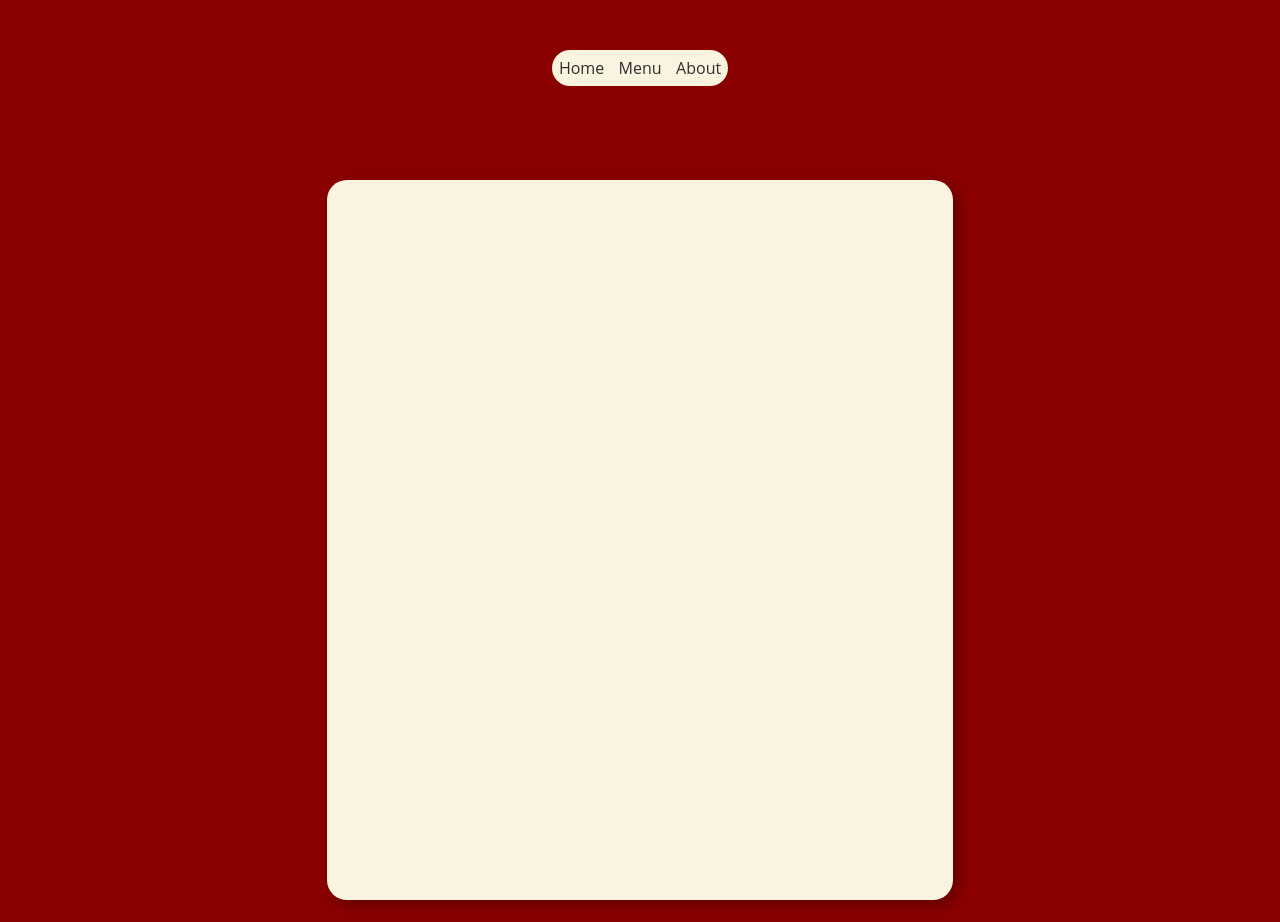
Repository: Dimitris2031/Restaurant-Front-page
Page: / (app in webpack-practice/)
An editor plug-in stored every save of this project. The page is shown before and after the next save, followed by the edit.
The browser window is 1280 px wide. The pictures show the whole page.
The project was rebuilt for these pictures with package versions that can differ from the ones it lists, and the page was loaded fresh each time. Also part of the build but not shown: webpack-practice/webpack.config.js.

Above is the page before, as saved 2025-09-10 10:45:11.

After the next save:
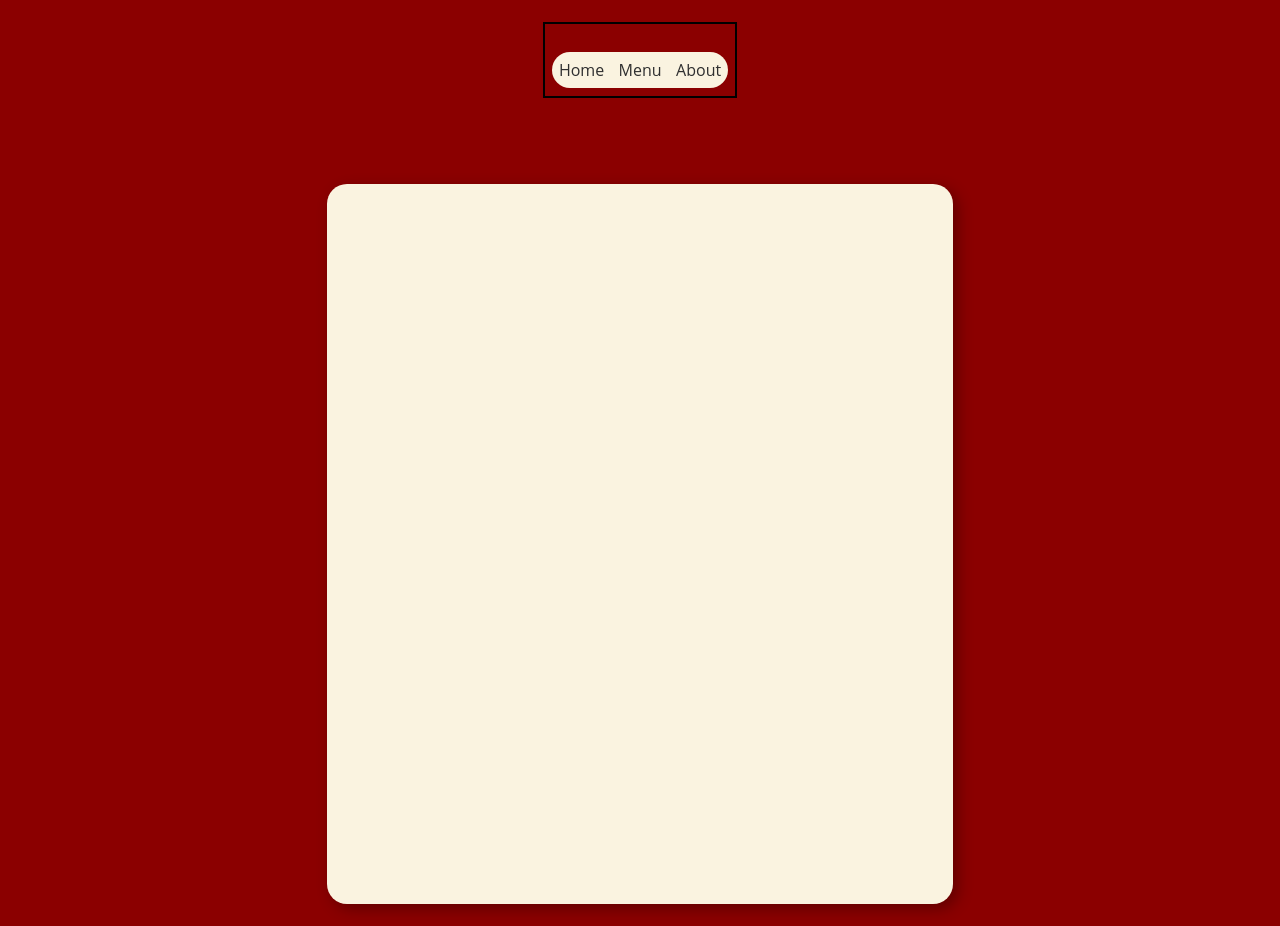
Saved 27 s later.
--- a/webpack-practice/src/styles.css
+++ b/webpack-practice/src/styles.css
@@ -20,6 +20,7 @@
   align-items:end;
   gap: 5%;
   height: 10vh;
+  border: 2px solid black;
 }
 
 .nav-container{

After the 2 saves that followed:
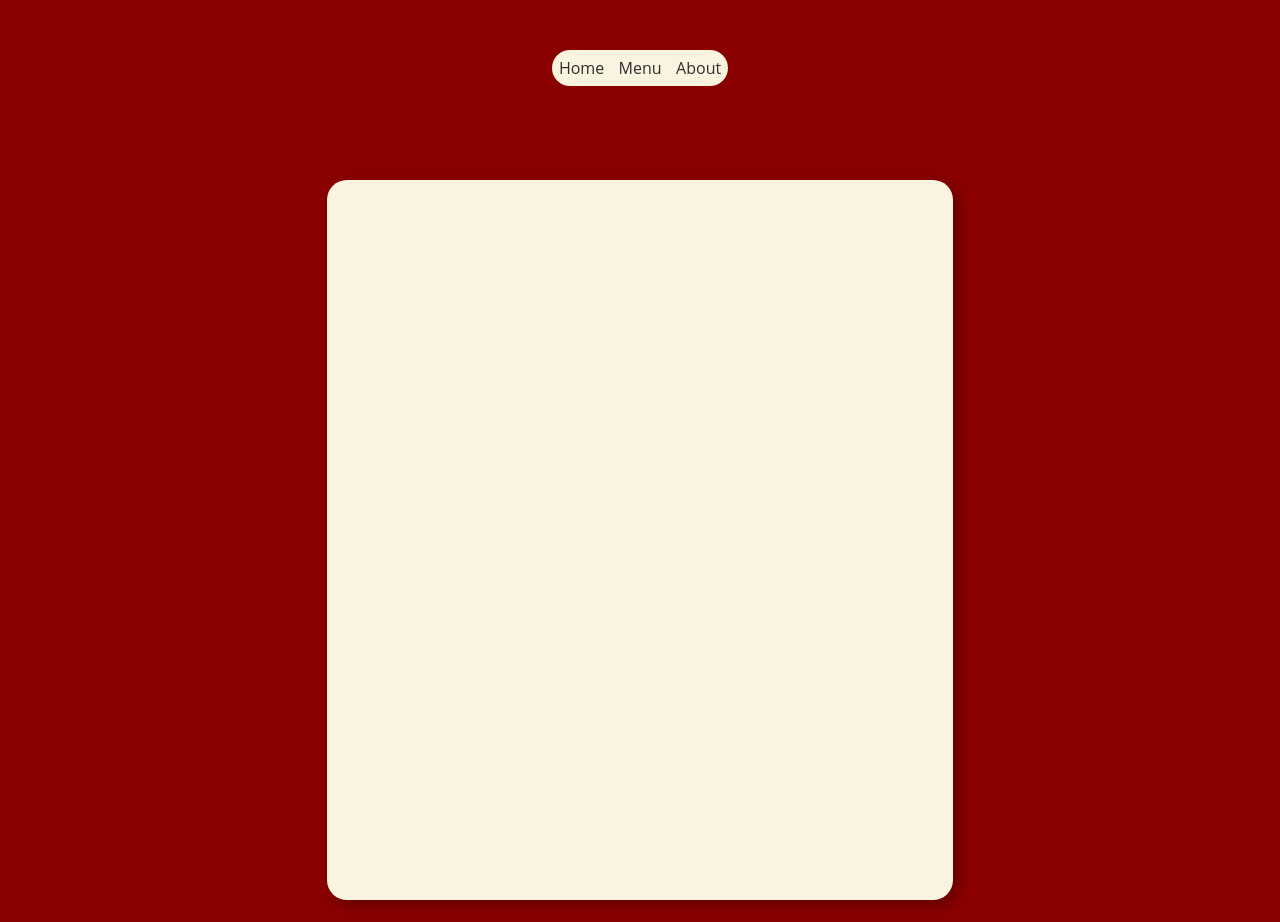
The 2 saves are shown as one change because they came seconds apart.
The last was saved 10 s later.
--- a/webpack-practice/src/styles.css
+++ b/webpack-practice/src/styles.css
@@ -19,8 +19,8 @@
   justify-content:center;
   align-items:end;
   gap: 5%;
+  width: 100%;
   height: 10vh;
-  border: 2px solid black;
 }
 
 .nav-container{
